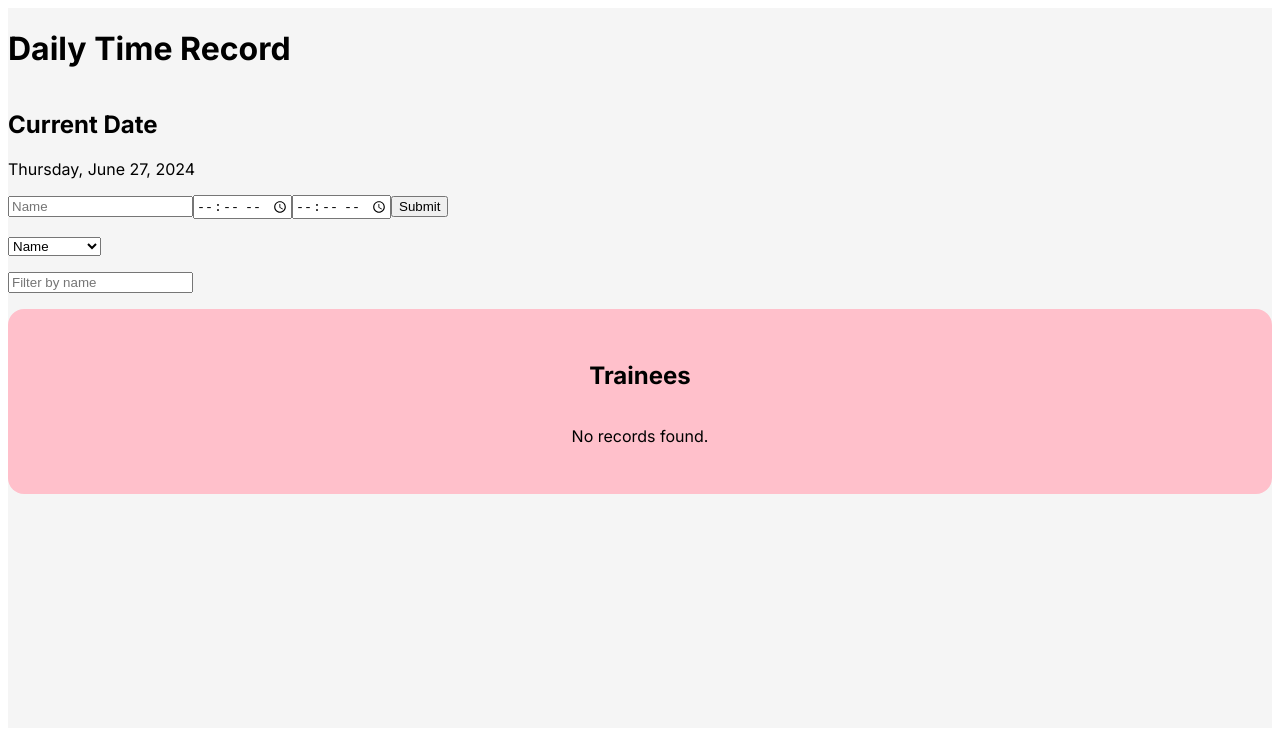
Repository: EeeeeEyyyy/daily_time_record
Page: /
An editor plug-in stored every save of this project. The page is shown before and after the next save, followed by the edit.
The browser window is 1280 px wide. The pictures show the whole page.
The project was rebuilt for these pictures with package versions that can differ from the ones it lists, and the page was loaded fresh each time. The framework's server and built-in components were replaced by stand-ins that run in the browser. Also part of the build but not shown: next.config.mjs, src/app/globals.css.

Above is the page before, as saved 2024-06-27 15:17:20.

### src/app/layout.js
import { Inter } from "next/font/google";
import "./globals.css";

const inter = Inter({ subsets: ["latin"] });

export const metadata = {
  title: "Daily Time Record",
  description: "Generated by create next app",
};

export default function RootLayout({ children }) {
  return (
    <html lang="en">
      <body className={inter.className}>{children}</body>
    </html>
  );
}

### src/app/page.js
"use client";
import React, { useEffect, useState } from 'react';
import styles from './page.module.css';
const DailyTimeRecord = () => {
  const [data, setData] = useState([]);
  const [name, setName] = useState('');
  const [arrivalTime, setArrivalTime] = useState('');
  const [timeOut, setTimeOut] = useState('');
  const [date, setDate] = useState('');
  const [errors, setErrors] = useState({ name: '', arrivalTime: '', timeOut: '' });
  const [filter, setFilter] = useState('');
  const [filterType, setFilterType] = useState('name');
  const [editIndex, setEditIndex] = useState(null);
  useEffect(() => {
    const storedData = JSON.parse(localStorage.getItem('user')) || [];
    setData(storedData);
    setDate(getCurrentDate());
  }, []);
  const getCurrentDate = () => {
    const now = new Date();
    return now.toLocaleDateString('en-US', {
      weekday: 'long',
      year: 'numeric',
      month: 'long',
      day: 'numeric'
    });
  };
  const formatTimeForInput = (time) => {
    const date = new Date();
    const [hours, minutes] = time.split(':');
    date.setHours(hours);
    date.setMinutes(minutes);
    return date.toTimeString().slice(0, 5);
  };
  const handleChangeName = (value) => {
    setName(value);
  };
  const handleChangeArrivalTime = (value) => {
    setArrivalTime(value);
  };
  const handleChangeTimeOut = (value) => {
    setTimeOut(value);
  };
  const handleSubmit = () => {
    const newErrors = {
      name: name ? '' : 'Name is required',
      arrivalTime: arrivalTime ? '' : 'Arrival time is required',
      timeOut: timeOut ? '' : 'Time out is required'
    };
    if (newErrors.name || newErrors.arrivalTime || newErrors.timeOut) {
      setErrors(newErrors);
      return;
    }
    const payload = {
      name,
      date,
      arrivalTime: formatTimeForInput(arrivalTime),
      timeOut: formatTimeForInput(timeOut)
    };
    if (editIndex !== null) {
      const updatedData = data.map((item, index) =>
        index === editIndex ? payload : item
      );
      setData(updatedData);
      localStorage.setItem('user', JSON.stringify(updatedData));
      setEditIndex(null);
    } else {
      const updatedData = [...data, payload];
      setData(updatedData);
      localStorage.setItem('user', JSON.stringify(updatedData));
    }
    setName('');
    setArrivalTime('');
    setTimeOut('');
    setErrors({ name: '', arrivalTime: '', timeOut: '' });
  };
  const handleDelete = (index) => {
    const updatedData = data.filter((_, i) => i !== index);
    setData(updatedData);
    localStorage.setItem('user', JSON.stringify(updatedData));
  };
  const handleEdit = (index) => {
    const record = data[index];
    setName(record.name);
    setArrivalTime(record.arrivalTime);
    setTimeOut(record.timeOut);
    setEditIndex(index);
  };
  const handleFilterChange = (e) => {
    setFilter(e.target.value);
  };
  const handleFilterTypeChange = (e) => {
    setFilterType(e.target.value);
  };
  const filteredData = data.filter((item) => {
    const searchTerm = filter.toLowerCase();
    if (filterType === 'name') {
      return item.name.toLowerCase().includes(searchTerm);
    } else if (filterType === 'date') {
      return item.date.toLowerCase().includes(searchTerm);
    } else if (filterType === 'arrivalTime') {
      return item.arrivalTime.toLowerCase().includes(searchTerm);
    } else if (filterType === 'timeOut') {
      return item.timeOut.toLowerCase().includes(searchTerm);
    }
    return false;
  });
  return (
    <div className={styles.main}>
              <h1>Daily Time Record</h1>
      <div>
        <h2>Current Date</h2>
        <p>{date}</p>
      </div>
<div>
        <input
        type="text"
        placeholder="Name"
        value={name}
        onChange={(e) => handleChangeName(e.target.value)}
      />
      {errors.name && <p style={{ color: 'red' }}>{errors.name}</p>}
      <input
        type="time"
        placeholder="Time of Arrival"
        value={arrivalTime}
        onChange={(e) => handleChangeArrivalTime(e.target.value)}
      />
      {errors.arrivalTime && <p style={{ color: 'red' }}>{errors.arrivalTime}</p>}
      <input
        type="time"
        placeholder="Time Out"
        value={timeOut}
        onChange={(e) => handleChangeTimeOut(e.target.value)}
      />
      {errors.timeOut && <p style={{ color: 'red' }}>{errors.timeOut}</p>}
      <button onClick={handleSubmit}>
        {editIndex !== null ? 'Update' : 'Submit'}
      </button>
      <div style={{ marginTop: '1rem' }}>
        <select value={filterType} onChange={handleFilterTypeChange}>
          <option value="name">Name</option>
          <option value="date">Date</option>
          <option value="arrivalTime">Arrival Time</option>
          <option value="timeOut">Time Out</option>
        </select>
        <input
          type="text"
          placeholder={`Filter by ${filterType}`}
          value={filter}
          onChange={handleFilterChange}
          style={{ display: 'block', marginTop: '1rem' }}
        />
      </div>
</div>
      <div className={styles.trainees_m}style={{ marginTop: '1rem' }}>
        <h2>Trainees</h2>
        {filteredData.length > 0 ? (
          filteredData.map((item, index) => (
            <div className={styles.trainees} key={index} style={{ marginBottom: '1rem' }}>
         <div className={styles.details}>
               <pre >
                <span className={styles.details_b}>Name:</span> {item.name}<br />
                <span className={styles.details_b}>Date:</span> {item.date}<br />
                <span className={styles.details_b}>Time of Arrival:</span> {item.arrivalTime}<br />
                <span className={styles.details_b}>Time Out:</span> {item.timeOut}
              </pre>
         </div>
             <div className={styles.button_e_d}> <button onClick={() => handleEdit(index)}>Edit</button>
              <button onClick={() => handleDelete(index)}>Delete</button></div>
            </div>
          ))
        ) : (
          <p>No records found.</p>
        )}
      </div>
    </div>
  );
};
export default DailyTimeRecord;

### src/app/page.module.css
.main{
    background-color: #f5f5f5;
    height: 100vh;
    display:flex;
    flex-direction:column;
}
.trainees_m{
border-radius:1rem;
background:pink;
padding:2rem;
margin-bottom:3rem;
display:flex ;
flex-direction:column;
align-items: center;
}
.trainees{
    display: flex;
    flex-direction: row;
    justify-content:space-between;
    background: rgba( 255, 255, 255, 0.25 );
box-shadow: 0 8px 32px 0 rgba( 31, 38, 135, 0.37 );
backdrop-filter: blur( 4px );
-webkit-backdrop-filter: blur( 4px );
border-radius: 1rem;
border: 1px solid rgba( 255, 255, 255, 0.18 );
    margin:1rem;
    padding: 1rem;
    width:30rem;
}
.details_b{
    font-weight: bold;
}
.button_e_d{
    display: flex;
    flex-direction: row;
    justify-content:center;
    gap:1rem;
    height:2rem;
    align-items: center;
    padding-top:1.8rem;

}

After the next save:
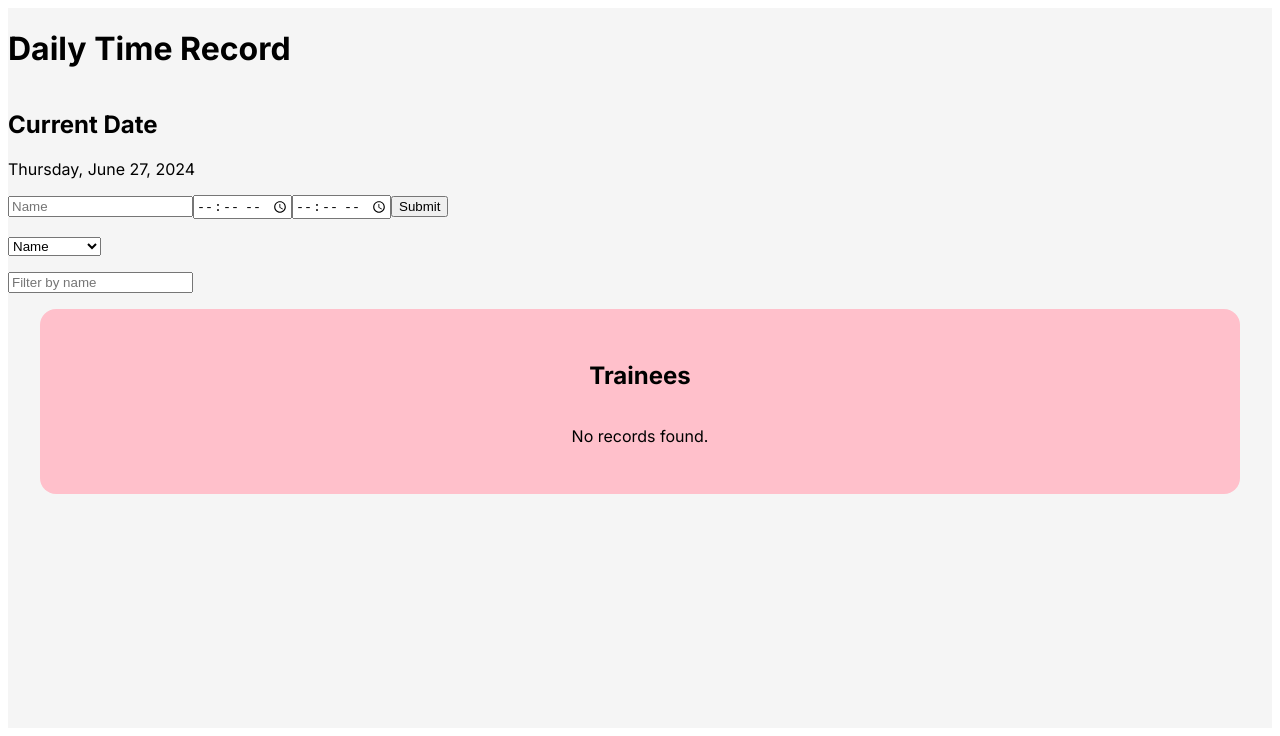
Saved 8 s later.
--- a/src/app/page.module.css
+++ b/src/app/page.module.css
@@ -8,7 +8,7 @@
 border-radius:1rem;
 background:pink;
 padding:2rem;
-margin-bottom:3rem;
+margin:2rem;
 display:flex ;
 flex-direction:column;
 align-items: center;
